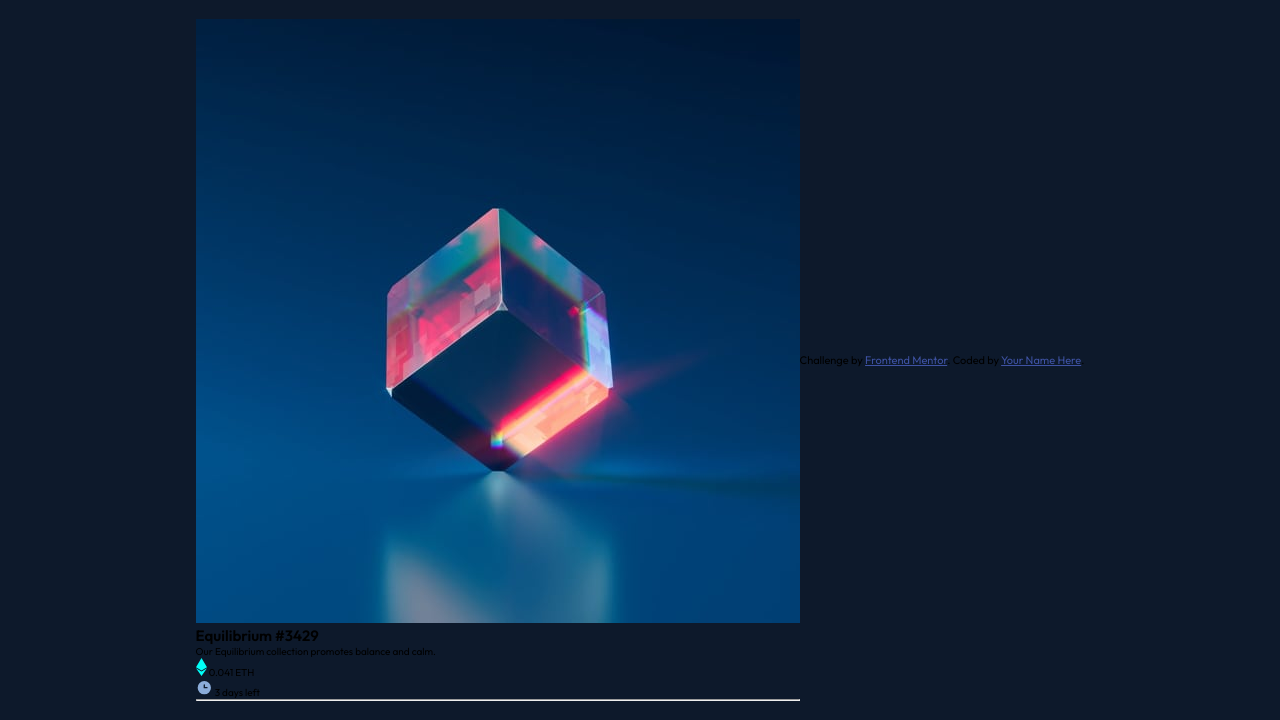
Repository: thaibaocoder1/nft-preview-card-component
Page: index.html
An editor plug-in stored every save of this project. The page is shown before and after a run of saves, followed by the edit.
The browser window is 1280 px wide. The pictures show the whole page.

Above is the page before, as saved 2023-01-06 18:27:06.

After the next 11 saves:
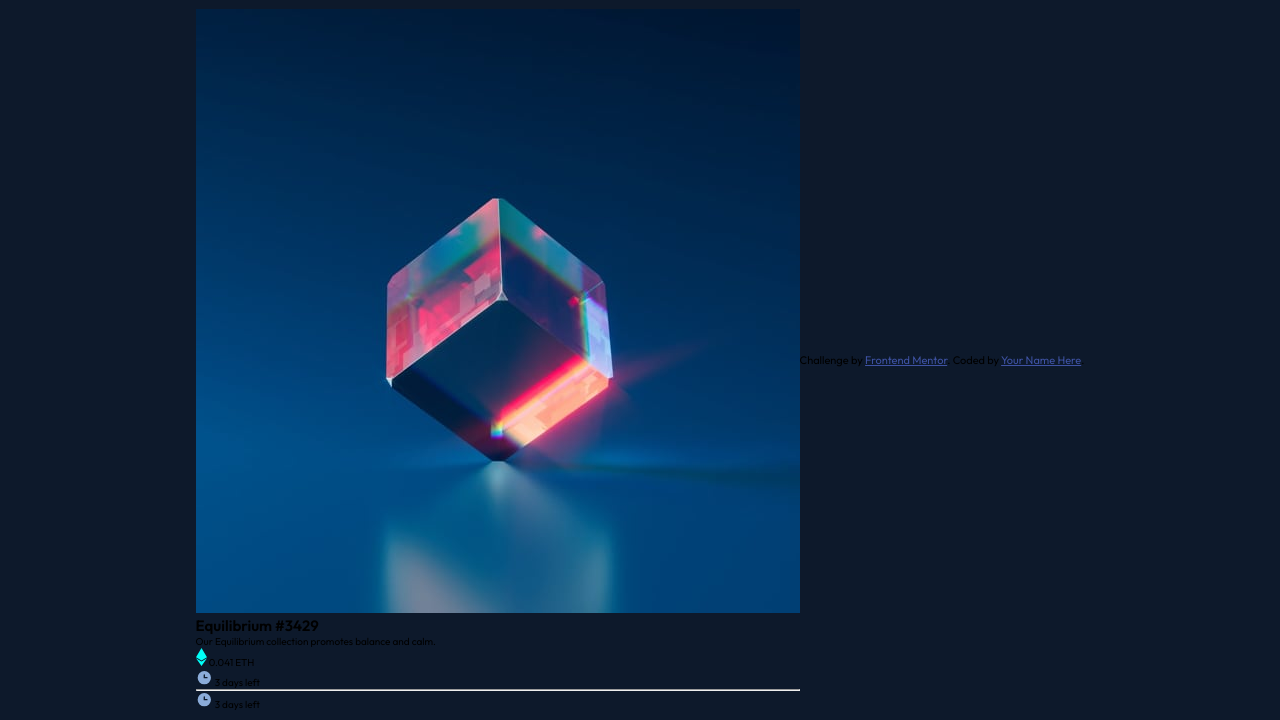
The 11 saves are shown as one change because they came seconds apart.
The last was saved 31 s later.
--- a/index.html
+++ b/index.html
@@ -30,7 +30,10 @@
       </div>
     </section>
     <hr>
-
+    <div class="container-footer">
+      <img src="./images/icon-clock.svg" alt="" class="container-date--image">
+      <span class="container-date--text">3 days left</span>
+    </div>
   </main>
 
 
